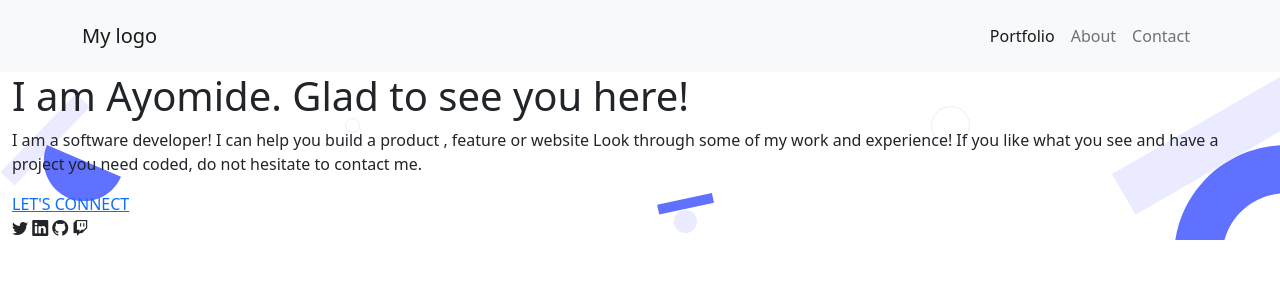
Repository: Paulinelali/try-bootstrap
Page: index.html
The author's editor kept a copy of each file at every save. The page is drawn from the files as they stood at one save, then again after a run of saves.
The browser window is 1280 px wide. The pictures show the whole page.
Some icons come from a web library that is not loaded, so they are not drawn. Some web libraries are served in a nearby version.

Above is the page before, as saved 2023-04-13 09:24:40.

### index.html
<!doctype html>
<html lang="en">
  <head>
    <!-- Required meta tags -->
    <meta charset="utf-8">
    <meta name="viewport" content="width=device-width, initial-scale=1">

    <!-- Option 1: Include in HTML -->
  <link rel="stylesheet" href="https://cdn.jsdelivr.net/npm/bootstrap-icons@1.3.0/font/bootstrap-icons.css">

    <!-- Bootstrap CSS -->
    <link href="https://cdn.jsdelivr.net/npm/bootstrap@5.0.2/dist/css/bootstrap.min.css" rel="stylesheet" integrity="sha384-EVSTQN3/azprG1Anm3QDgpJLIm9Nao0Yz1ztcQTwFspd3yD65VohhpuuCOmLASjC" crossorigin="anonymous">

    <link rel="stylesheet" href="style.css">
    <title>Hello, world!</title>
  </head>
  <body>
    <header>
      <nav class="navbar navbar-expand-lg navbar-light bg-light py-3">
        <div class="container d-flex justify-content-between">
          <a class="navbar-brand" href="#">My logo</a>
          <div class="links">
            <button class="navbar-toggler" type="button" data-bs-toggle="collapse" data-bs-target="#navbarNav" aria-controls="navbarNav" aria-expanded="false" aria-label="Toggle navigation">
              <span class="navbar-toggler-icon"></span>
            </button>
            <div class="collapse navbar-collapse" id="navbarNav">
              <ul class="navbar-nav">
                <li class="nav-item">
                  <a class="nav-link active" aria-current="page" href="#">Portfolio</a>
                </li>
                <li class="nav-item">
                  <a class="nav-link" href="#">About</a>
                </li>
                <li class="nav-item">
                  <a class="nav-link" href="#">Contact</a>
                </li>
              </ul>
            </div>
          </div>
        </div>
      </nav>

      <section class="hero-section container-fluid">
        <h1>
          I am Ayomide. Glad to see you here!
        </h1>
        <p>
          I am a software developer! I can help you build a product , feature or website Look through some of my work and
          experience! If you like what you see and have a project you need coded, do not hesitate to contact me.
        </p>
        <a href="£">LET'S CONNECT</a>
        <div class="social-icons">
          <i class="bi bi-twitter"></i>
          <i class="bi bi-linkedin"></i>
          <i class="bi bi-medium"></i>
          <i class="bi bi-github"></i>
          <i class="bi bi-twitch"></i>
        </div>
      </section>
    </header>



    <!-- Optional JavaScript; choose one of the two! -->

    <!-- Option 1: Bootstrap Bundle with Popper -->
    <script src="https://cdn.jsdelivr.net/npm/bootstrap@5.0.2/dist/js/bootstrap.bundle.min.js" integrity="sha384-MrcW6ZMFYlzcLA8Nl+NtUVF0sA7MsXsP1UyJoMp4YLEuNSfAP+JcXn/tWtIaxVXM" crossorigin="anonymous"></script>

    <!-- Option 2: Separate Popper and Bootstrap JS -->
    <!--
    <script src="https://cdn.jsdelivr.net/npm/@popperjs/core@2.9.2/dist/umd/popper.min.js" integrity="sha384-IQsoLXl5PILFhosVNubq5LC7Qb9DXgDA9i+tQ8Zj3iwWAwPtgFTxbJ8NT4GN1R8p" crossorigin="anonymous"></script>
    <script src="https://cdn.jsdelivr.net/npm/bootstrap@5.0.2/dist/js/bootstrap.min.js" integrity="sha384-cVKIPhGWiC2Al4u+LWgxfKTRIcfu0JTxR+EQDz/bgldoEyl4H0zUF0QKbrJ0EcQF" crossorigin="anonymous"></script>
    -->
  </body>
</html>

### style.css

.hero-section{
    background-image: url("./assets/bigger-screen/Header\ bg.svg");
    bac
}

After the next 8 saves:
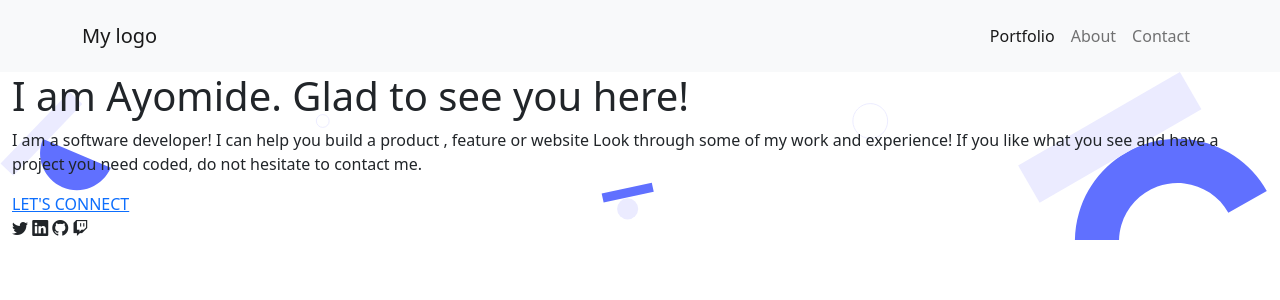
The 8 saves are shown as one change because they came seconds apart.
The last was saved 20 s later.
--- a/style.css
+++ b/style.css
@@ -1,5 +1,6 @@
 
 .hero-section{
     background-image: url("./assets/bigger-screen/Header\ bg.svg");
-    bac
+    background-repeat: no-repeat;
+    background-size: cover;
 }
